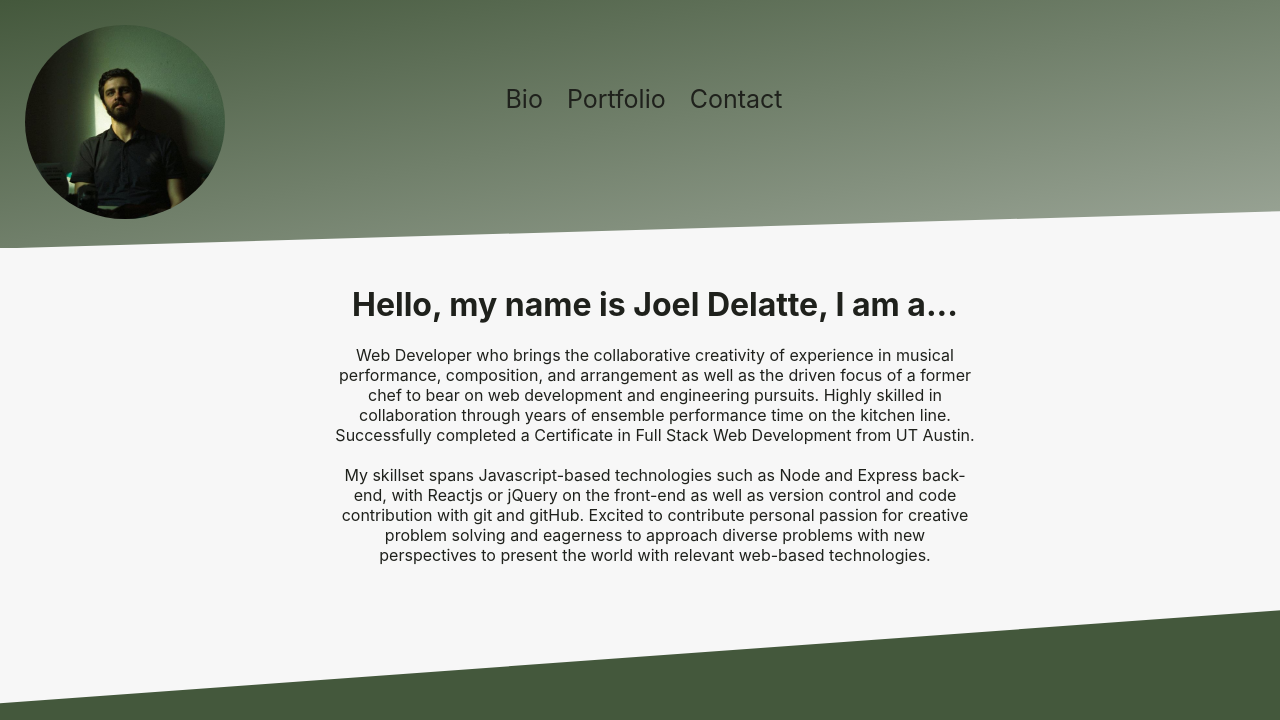
Repository: joeldelatte/react-portfolio
Page: / (app in client/)
An editor plug-in stored every save of this project. The page is shown before and after the next save, followed by the edit.
The browser window is 1280 px wide. The pictures show the whole page.
The project was rebuilt for these pictures with package versions that can differ from the ones it lists, and the page was loaded fresh each time. Also part of the build but not shown: client/src/App.css, client/src/Components/Contact/Contact.js, client/src/Components/Portfolio/portfolio.css, client/src/Components/Portfolio/Portfolio.js.

Above is the page before, as saved 2020-07-08 21:39:24.

After the next save:
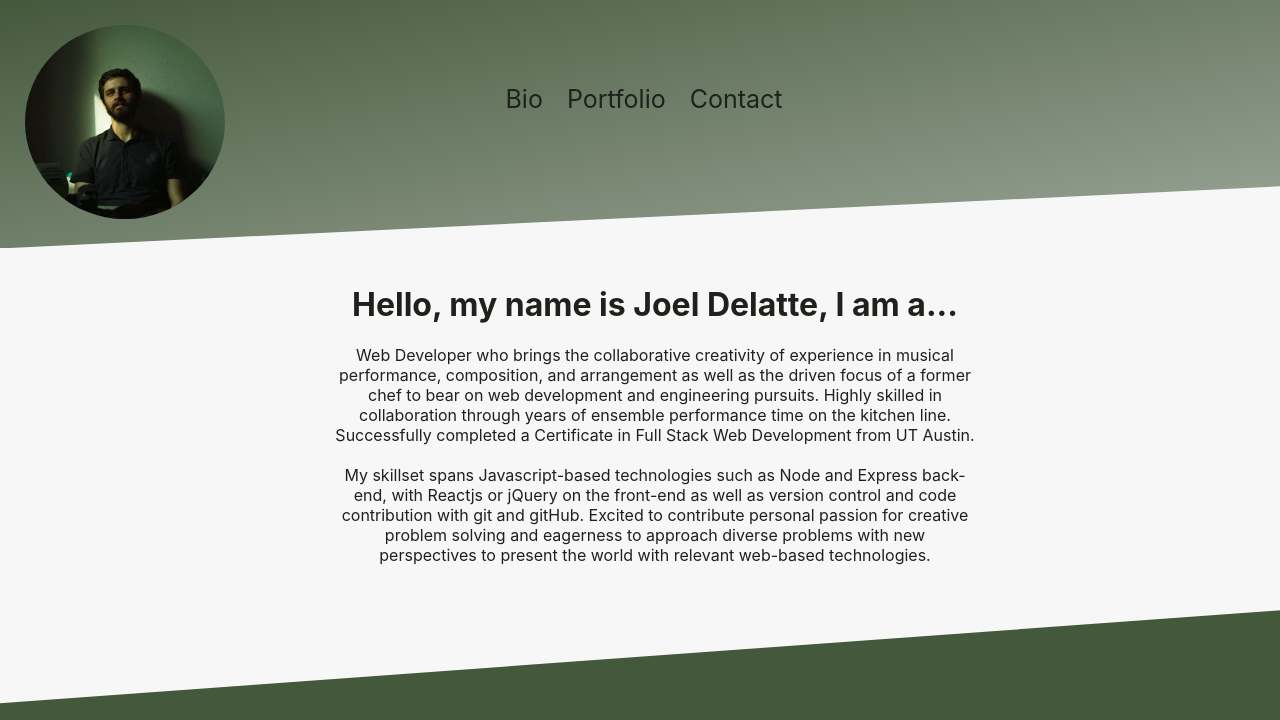
Saved 39 s later.
--- a/client/src/Page/Page.css
+++ b/client/src/Page/Page.css
@@ -5,8 +5,8 @@
   background-size: cover;
   background-position: top;
   position: relative;
-  -webkit-clip-path: polygon(0 0, 100% 0, 100% 85%, 0 100%);
-  clip-path: polygon(0 0, 100% 0, 100% 85%, 0 100%);
+  -webkit-clip-path: polygon(0 0, 100% 0, 100% 75%, 0 100%);
+  clip-path: polygon(0 0, 100% 0, 100% 75%, 0 100%);
   position: relative;
 }
 
